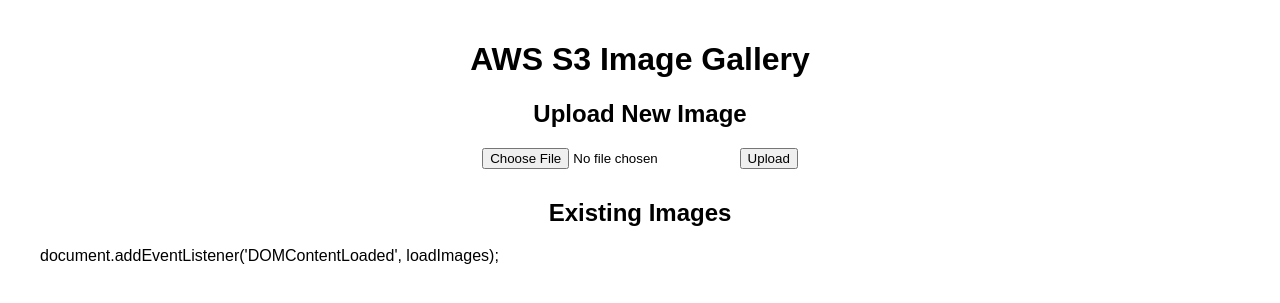
Repository: profospace/basic_ofo
Page: aws-image-gallery.html
The author's editor kept a copy of each file at every save. The page is drawn from the files as they stood at one save, then again after the next save.
The browser window is 1280 px wide. The pictures show the whole page.

Above is the page before, as saved 2024-09-02 04:56:44.
Console error: SyntaxError: Unexpected token '<'

After the next save:
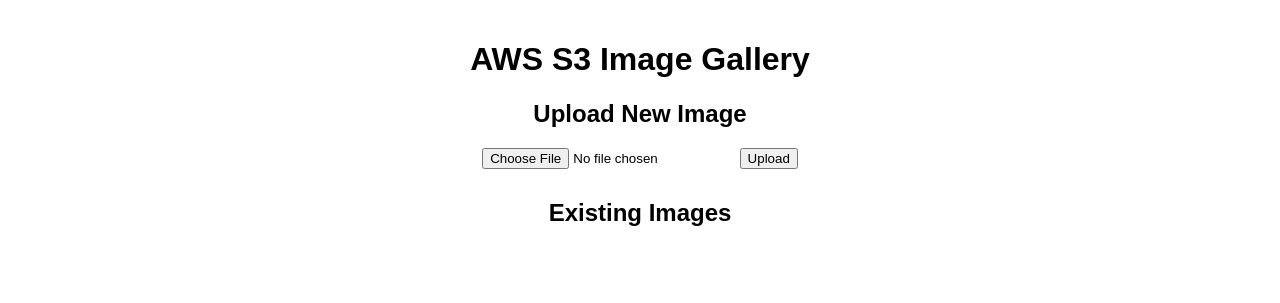
Saved 48 s later.
--- a/aws-image-gallery.html
+++ b/aws-image-gallery.html
@@ -57,44 +57,7 @@
     <div id="imageGrid"></div>
 
     <script>
-        async function fetchImagesFromS3() {
-            try {
-                const response = await fetch('/api/list-images');
-                if (!response.ok) {
-                    throw new Error('Failed to fetch images');
-                }
-                return await response.json();
-            } catch (error) {
-                console.error('Error fetching images:', error);
-                return [];
-            }
-        }
-
-        async function loadImages() {
-            const imageGrid = document.getElementById('imageGrid');
-            const images = await fetchImagesFromS3();
-
-            imageGrid.innerHTML = ''; // Clear existing images
-
-            images.forEach(imageUrl => {
-                const imageItem = document.createElement('div');
-                imageItem.className = 'imageItem';
-
-                const img = document.createElement('img');
-                img.src = imageUrl;
-                img.alt = 'AWS S3 Image';
-
-                const urlText = document.createElement('p');
-                urlText.className = 'imageUrl';
-                urlText.textContent = imageUrl;
-
-                imageItem.appendChild(img);
-                imageItem.appendChild(urlText);
-                imageGrid.appendChild(imageItem);
-            });
-        }
-
-        <script>
+         <script>
         async function fetchImagesFromS3() {
             try {
                 const response = await fetch('/api/list-images');
@@ -177,8 +140,6 @@
 
         document.addEventListener('DOMContentLoaded', loadImages);
     </script>
-
-        document.addEventListener('DOMContentLoaded', loadImages);
     </script>
 </body>
 </html>
